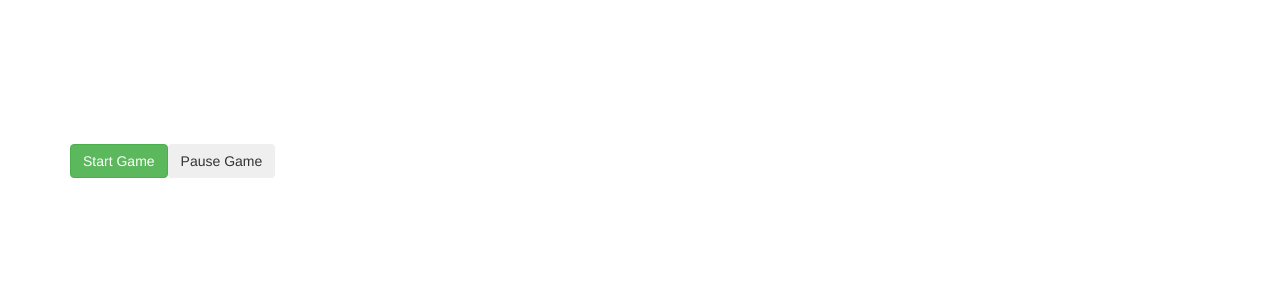
Repository: Shtaiwee1/Angular-JS
Page: / (app in EventBindingandEncapsulation/EventBindingViewEncapsulation_2/practice/)
An editor plug-in stored every save of this project. The page is shown before and after the next save, followed by the edit.
The browser window is 1280 px wide. The pictures show the whole page.
The project was rebuilt for these pictures with package versions that can differ from the ones it lists, and the page was loaded fresh each time. Also part of the build but not shown: EventBindingandEncapsulation/EventBindingViewEncapsulation_2/practice/angular.json, EventBindingandEncapsulation/EventBindingViewEncapsulation_2/practice/src/app/odd/odd.component.ts, EventBindingandEncapsulation/EventBindingViewEncapsulation_2/practice/src/app/even/even.component.ts.

Above is the page before, as saved 2022-07-07 16:02:12.

After the next save:
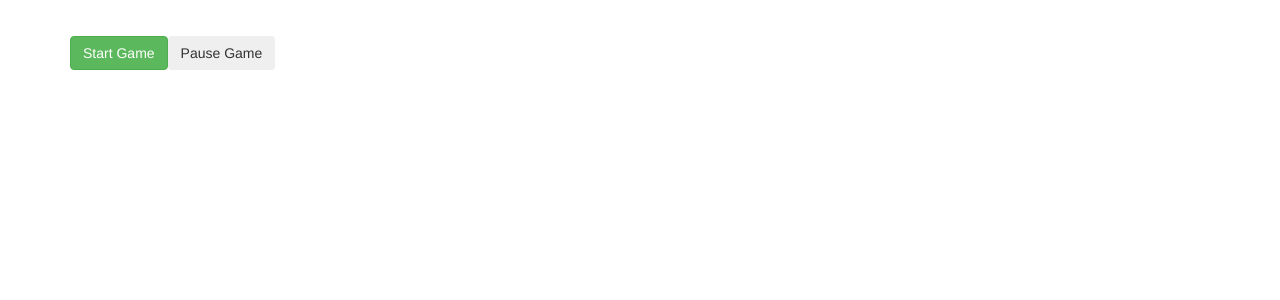
Saved 9 s later.
--- a/EventBindingandEncapsulation/EventBindingViewEncapsulation_2/practice/src/app/app.component.css
+++ b/EventBindingandEncapsulation/EventBindingViewEncapsulation_2/practice/src/app/app.component.css
@@ -1,3 +1,3 @@
 .container{
-    margin-top: 20vh;
+    margin-top: 5vh;
 }
